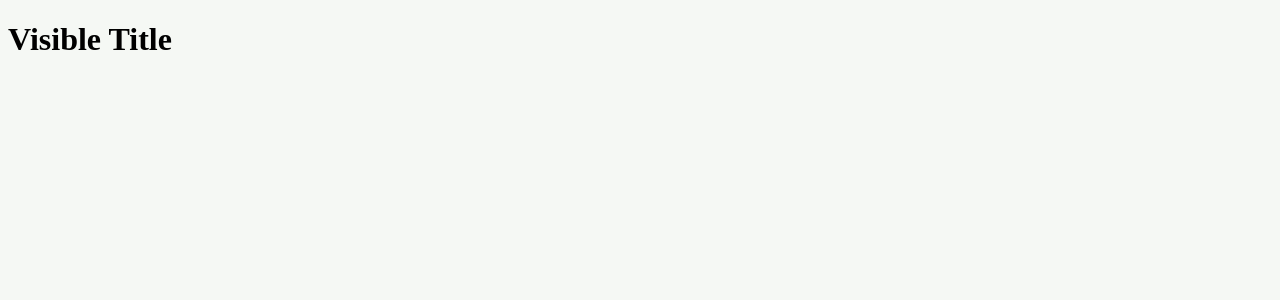
Repository: Brittany-Westlund/WebDesign
Page: Assignment5/template.html
The author's editor kept a copy of each file at every save. The page is drawn from the files as they stood at one save, then again after the next save.
The browser window is 1280 px wide. The pictures show the whole page.

Above is the page before, as saved 2025-11-18 18:08:02.

### Assignment5/template.html
<!DOCTYPE html>
<html lang="en">
  <head>
    <meta charset="UTF-8">
    <meta name="viewport" content="width=device-width, initial-scale=1.0">
    <meta name="description" content="A personal website designed to showcase work, ideas, and personality.">
    <title>The title of the browser tab</title>
    <link rel="stylesheet" href="style/style.css">
  </head>
  <body>
   <nav>
     <!-- Your nav content goes here -->
   </nav>
    <header>
      <h1>Visible Title</h1>
    </header>

    <main>

    </main>

    <footer>
      <!-- Your footer content goes here -->
    </footer>
  </body>
</html>

### Assignment5/style/style.css
body {
  background-color: #f5f8f4; /* a light sage-green tone */
}

.blog-preview {
  display: flex; /* activates Flexbox */
  flex-direction: row; /* aligns items in a row (default, but explicit is good) */
  align-items: center; /* vertically centers items within the row */
  gap: 20px; /* adds space between items */

  max-width: 80%; /* controls total width of the content block */
  margin: 80px auto; /* centers on page with top/bottom space */
  padding: 20px 40px; /* adds subtle inner space from edges */
}

.blog-preview img {
  width: 35%;      /* image takes up 45% of the total width of .blog-preview */
  height: auto;    /* keeps proportions correct */
  border-radius: 8px; /* optional, softens corners */
}


.blog-text {
  display: flex;
  flex-direction: column; /* stacks each text element vertically */
  gap: 10px; /* adds consistent space between elements */
}


.date {
  font-family: Arial, Helvetica, sans-serif;
  font-size: 0.8rem;
  color: #666;
  margin: 0;
}

.post-title {
  font-family: Arial, Helvetica, sans-serif;
  font-size: 2rem;
  font-weight: 600;
  line-height: 1.3;
  margin: 0;
}

.post-preview {
  font-family: Arial, Helvetica, sans-serif;
  font-size: 0.9rem;
  color: #6d6d6d;
  line-height: 1.6;
  margin: 0;
}

.read-more {
  font-family: Arial, Helvetica, sans-serif;
  text-decoration: none;
  font-weight: bold;
  color: #8fafa7;
  margin-top: 10px;
}






.gallery {
  display: grid;
  grid-template-columns: repeat(auto-fit, minmax(400px, 1fr));
  gap: 10px;
  margin: auto;
  padding: 10px;
}

.item {
  background-color: #fcf9ff;
  border-radius: 8px;
  aspect-ratio: 1 / 1;
  display: flex;
  justify-content: center;
}

.item img {
  padding: 0;
  width: 100%;
  height: auto; /* maintains the image's aspect ratio */
  display: block; /* clears any space after the image */
  border-radius: 8px;

}

.item p {
  text-align: center;
  display: flex;
  align-items: center;
}







/* The main footer container */

.footer {
  display: flex; /* Places all footer sections (icons + lists) side by side in a row */
  justify-content: space-between; /* Adds equal space between each section horizontally */
  align-items: flex-start; /* Aligns all sections to the top of the footer */
  background-color: #d5d0dd; /* Sets the footer’s background color */
  padding: 30px 100px; /* Adds space inside the footer: 30px top/bottom, 100px left/right */
  font-family: Arial, Helvetica, sans-serif; /* Sets the font for the entire footer */
}

.footer ul {
  list-style: none; /* Removes the default bullets from list items */
  padding: 0; /* Removes default padding inside the <ul> */
  margin: 0; /* Removes default margin outside the <ul> */
}

.footer li {
  margin-bottom: 6px; /* Adds a little space between each list item */
  font-size: 14px; /* Makes the text slightly smaller for a neat footer look */
}

.social-icons img {
  width: 22px; /* Sets consistent icon size */
  margin-right: 10px; /* Adds space between the icons */
  vertical-align: middle; /* Keeps icons visually aligned with any text nearby */
}

After the next save:
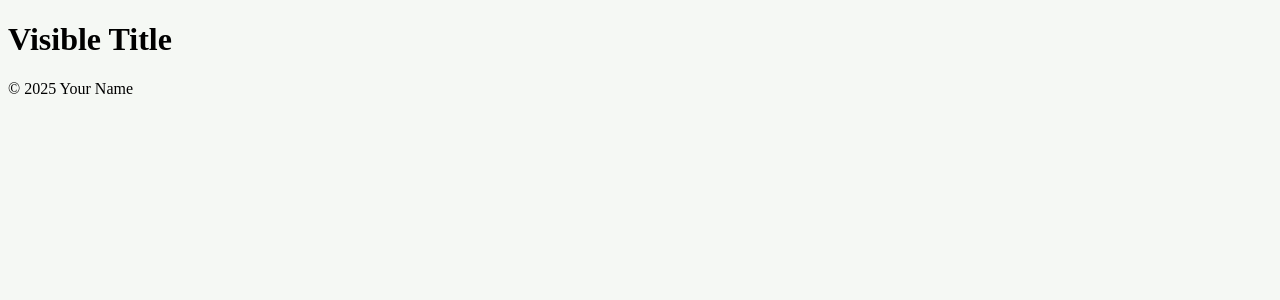
Saved 24 s later.
--- a/Assignment5/template.html
+++ b/Assignment5/template.html
@@ -20,7 +20,11 @@
     </main>
 
     <footer>
-      <!-- Your footer content goes here -->
+      <p>&copy; <span id="year"></span> Your Name</p>
+
+        <script>
+        document.getElementById("year").textContent = new Date().getFullYear();
+        </script>
     </footer>
   </body>
 </html>
